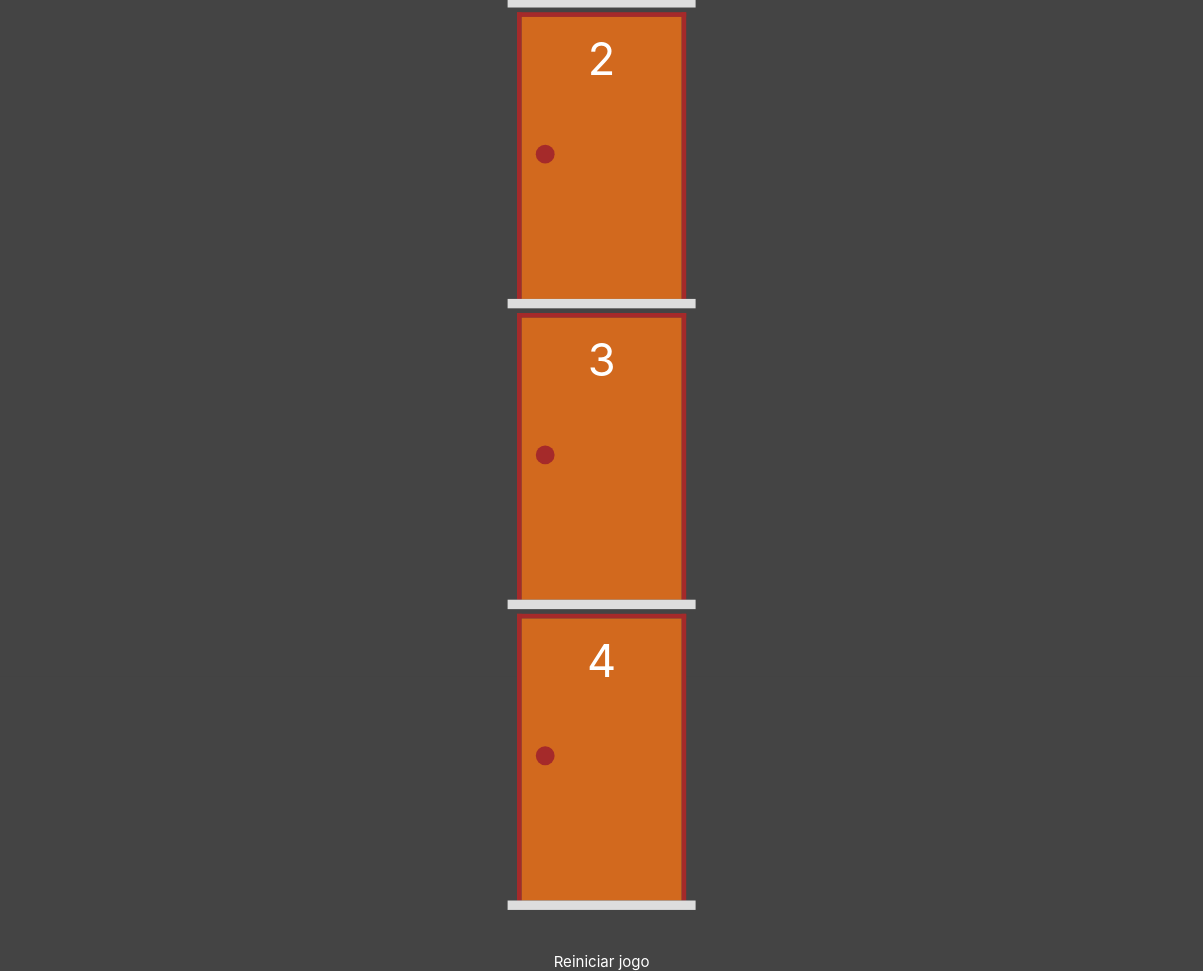
Repository: Mira757/Projeto-Porta-Premiada
Page: /jogo
These files come from the project's save history. The page is drawn as it stood at one moment and after the next save; the edit follows.
The browser window is 1280 px wide. The pictures show the whole page, at 94% of full size.
The project was rebuilt for these pictures with package versions that can differ from the ones it lists, and the page was loaded fresh each time. The framework's server and built-in components were replaced by stand-ins that run in the browser. Also part of the build but not shown: next.config.js, styles/Presente.module.css, components/Presente.jsx.

Above is the page before, as saved 2022-03-22 17:10:00.

After the next save:
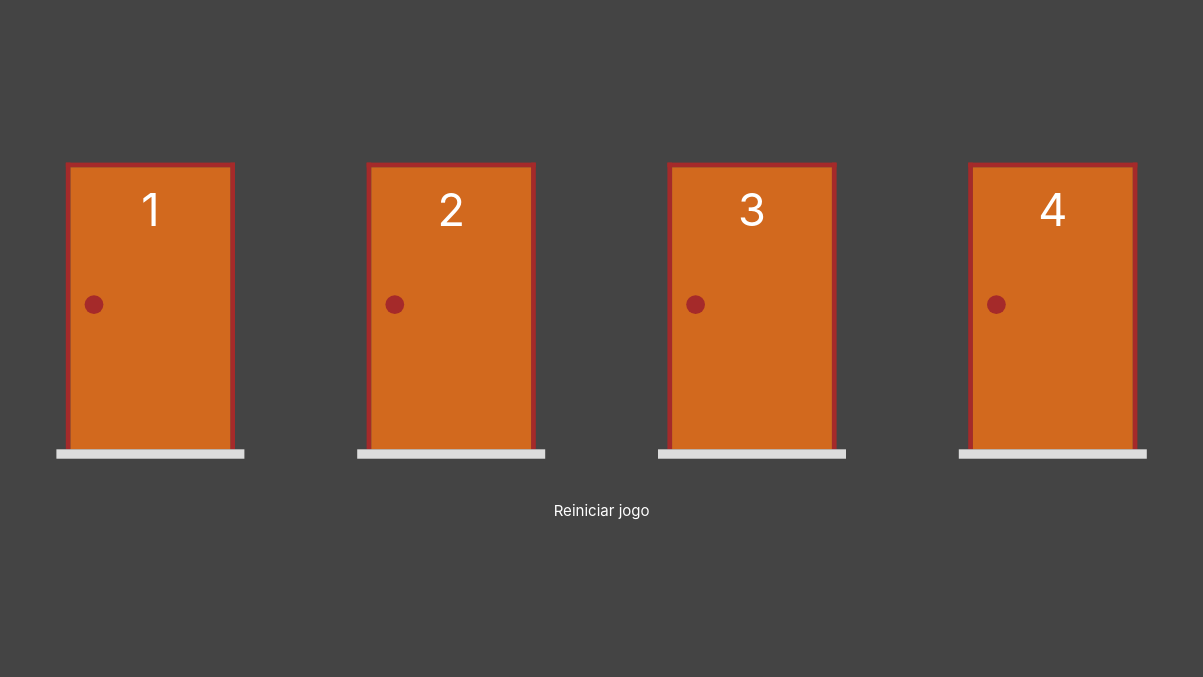
Saved 11 s later.
--- a/pages/jogo.tsx
+++ b/pages/jogo.tsx
@@ -15,7 +15,7 @@ export default function jogo () {
 
   return (
     <div id={styles.jogo}>
-      <div>
+      <div className={styles.portas}>
         {renderizarPortas()}
       </div>
       <div className={styles.botoes}>
